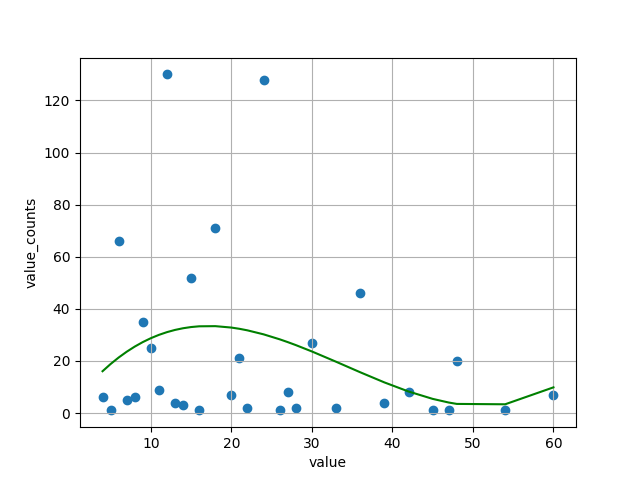
Repository: Suelt/Hust-SE-introduction-to-ML
Script's output: python Bayes Classification/Gaussian.py
An editor plug-in stored every save of this project. The script's output is shown before and after the next save, followed by the edit.
Random numbers start from a fixed seed.

Above is the script's output before, as saved 2021-04-28 11:14:35.

### Bayes Classification/Gaussian.py
import pandas as pd
import numpy as np
import matplotlib.pyplot as plt
import seaborn as sns
credit = pd.read_csv("C:\\pyproject\\Bayes Classification\\transformed.csv")

df=credit[credit['credit_risk'].isin(['good'])]
list_status=df['duration']
length=list_status.shape[0]

values = list_status.value_counts().keys().tolist()
values.sort()

Gaussian_result={}
whole_percent=0
rate=0
#calculate the whole rate
for value in values:
    rate=list_status.value_counts()[value]/length
    whole_percent+=rate
    Gaussian_result[value]=whole_percent



fig = plt.figure()
ax = fig.add_subplot()
x=[]
y=[]
for value in values:
    x.append(value)
    y.append(list_status.value_counts()[value])
parameter = np.polyfit(x, y, 3)
y2=[]

for i in x:
    y2_value = parameter[0] * i ** 3 + parameter[1] * i ** 2 + parameter[2] * i + parameter[3]
    y2.append(y2_value)
print(x)
plt.scatter(x, y)
plt.plot(x, y2, color='g')

# for value in values:
#     ax.scatter(value, list_status.value_counts()[value])
ax.set_xlabel('value')
ax.set_ylabel('value_counts')
plt.grid()
plt.show()


#sns.set()
#x=list(credit['amount'])
#sns.distplot(x)
#plt.show()

Loaded but not shown: Bayes Classification/transformed.csv (1001 lines, source omitted)

After the next save:
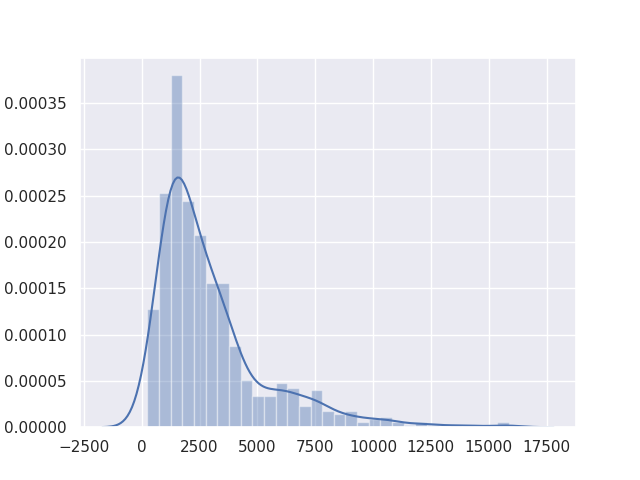
Saved 44 s later.
--- a/Bayes Classification/Gaussian.py
+++ b/Bayes Classification/Gaussian.py
@@ -22,32 +22,32 @@ for value in values:
 
 
 
-fig = plt.figure()
-ax = fig.add_subplot()
-x=[]
-y=[]
-for value in values:
-    x.append(value)
-    y.append(list_status.value_counts()[value])
-parameter = np.polyfit(x, y, 3)
-y2=[]
+# fig = plt.figure()
+# ax = fig.add_subplot()
+# x=[]
+# y=[]
+# for value in values:
+#     x.append(value)
+#     y.append(list_status.value_counts()[value])
+# parameter = np.polyfit(x, y, 3)
+# y2=[]
 
-for i in x:
-    y2_value = parameter[0] * i ** 3 + parameter[1] * i ** 2 + parameter[2] * i + parameter[3]
-    y2.append(y2_value)
-print(x)
-plt.scatter(x, y)
-plt.plot(x, y2, color='g')
+# for i in x:
+#     y2_value = parameter[0] * i ** 3 + parameter[1] * i ** 2 + parameter[2] * i + parameter[3]
+#     y2.append(y2_value)
+# print(x)
+# plt.scatter(x, y)
+# plt.plot(x, y2, color='g')
 
-# for value in values:
-#     ax.scatter(value, list_status.value_counts()[value])
-ax.set_xlabel('value')
-ax.set_ylabel('value_counts')
-plt.grid()
-plt.show()
+# # for value in values:
+# #     ax.scatter(value, list_status.value_counts()[value])
+# ax.set_xlabel('value')
+# ax.set_ylabel('value_counts')
+# plt.grid()
+# plt.show()
 
 
-#sns.set()
-#x=list(credit['amount'])
-#sns.distplot(x)
-#plt.show()
+sns.set()
+x=list(df['amount'])
+sns.distplot(x)
+plt.show()
